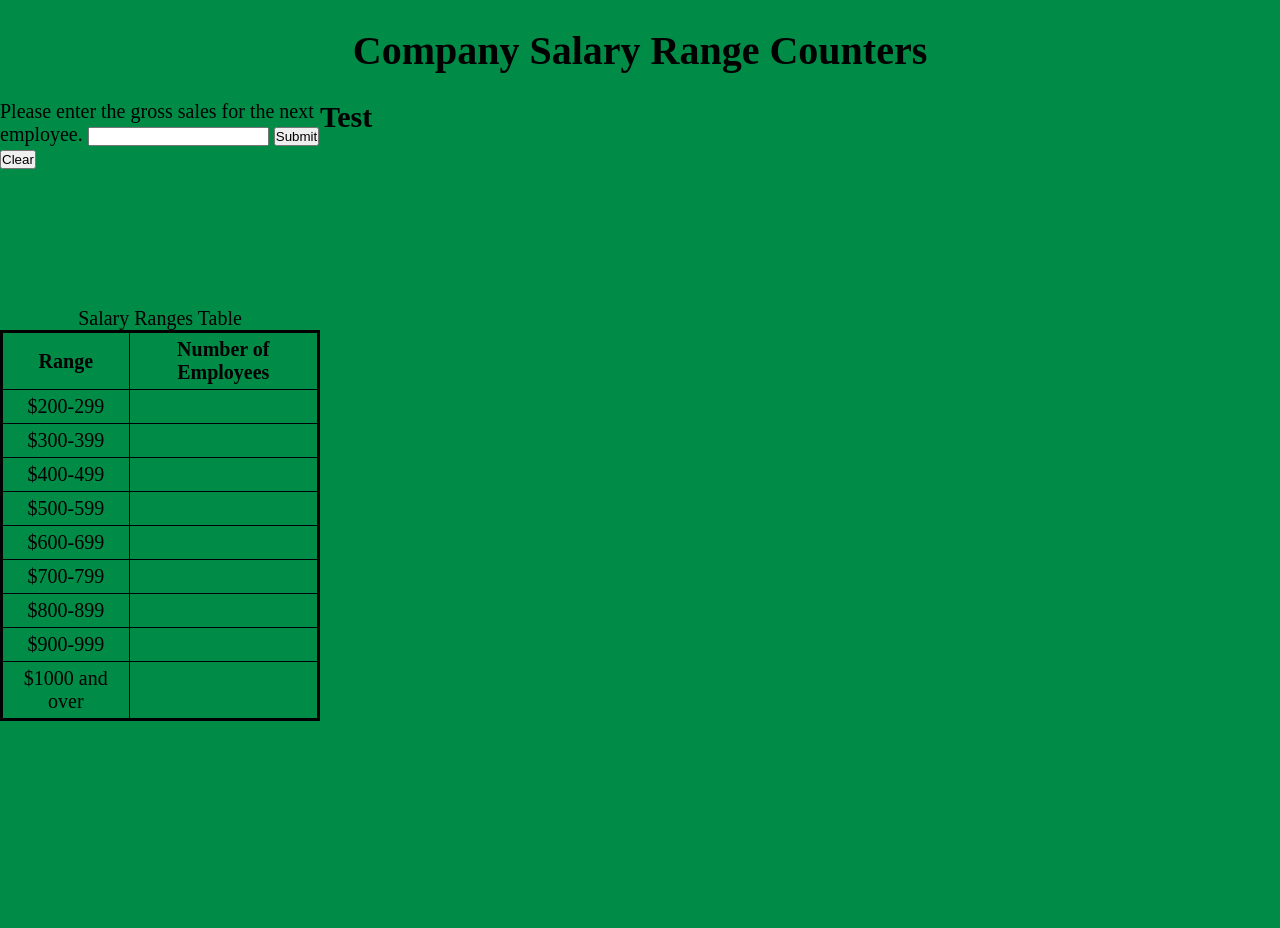
Repository: mlmEFSC21/P17-Sales-Commision
Page: sales.html
An editor plug-in stored every save of this project. The page is shown before and after the next save, followed by the edit.
The browser window is 1280 px wide. The pictures show the whole page.

Above is the page before, as saved 2022-04-02 08:20:19.

After the next save:
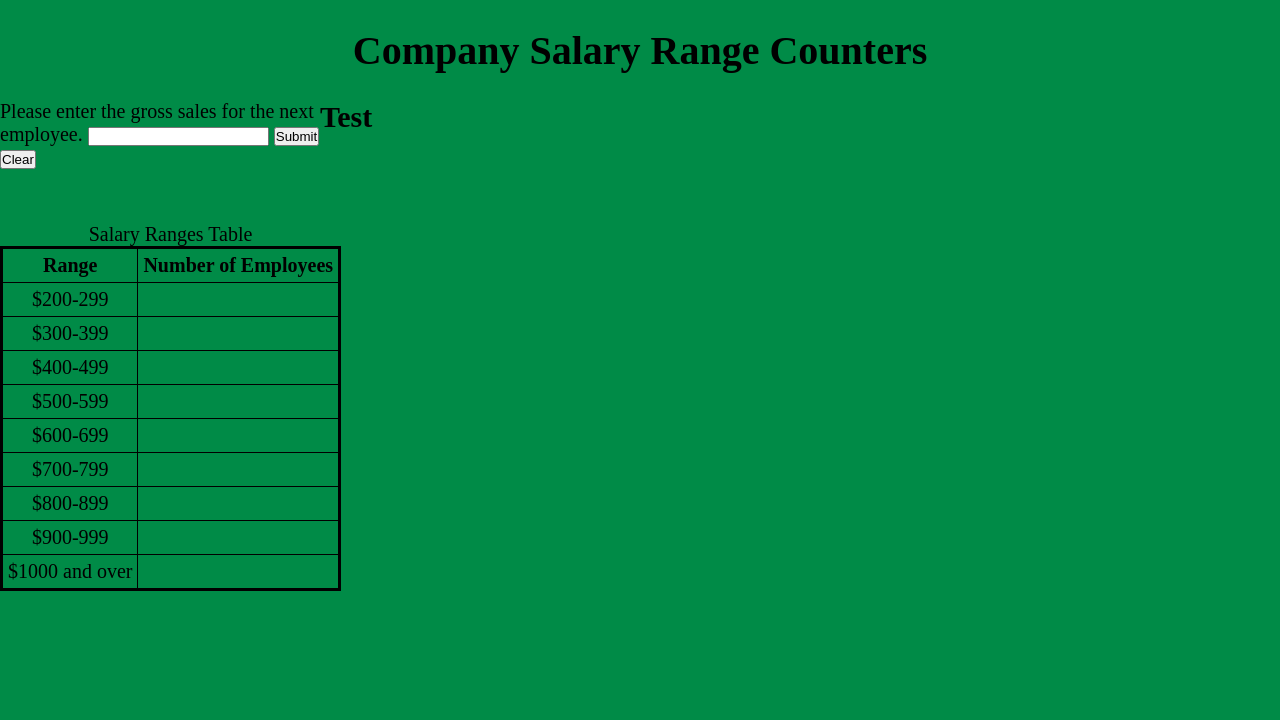
Saved 47 s later.
--- a/sales.css
+++ b/sales.css
@@ -27,8 +27,8 @@ body {
     grid-template-columns: repeat(4, 1fr);
 }
 .tableContainer {
-    grid-column: 1/2;
-    grid-row: 2/4;
+    grid-column: 1/3;
+    grid-row: 2/5;
 }
 table {
     border-collapse: collapse;
